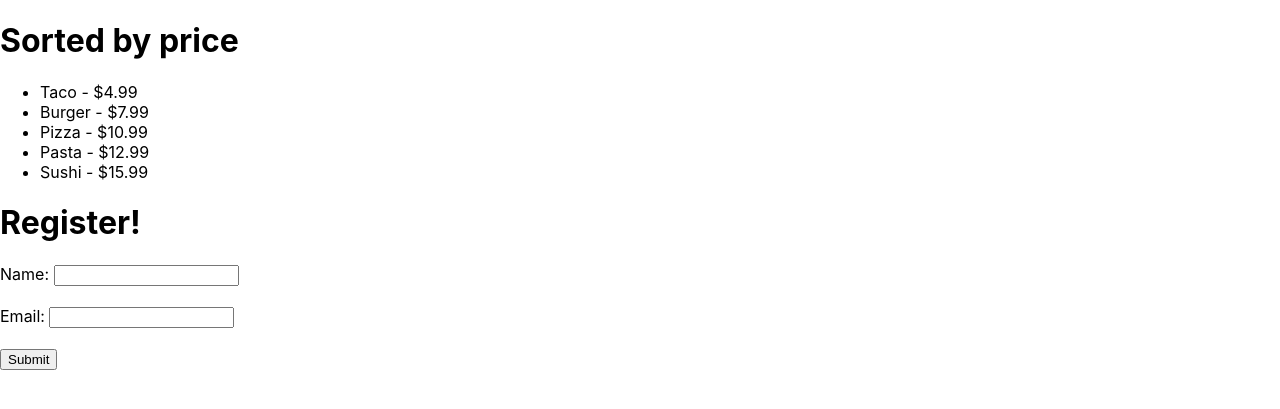
Repository: badhon252/Fullstack-Rect
Page: /
These files come from the project's save history. The page is drawn as it stood at one moment and after the next save; the edit follows.
The browser window is 1280 px wide. The pictures show the whole page.
The project was rebuilt for these pictures with package versions that can differ from the ones it lists, and the page was loaded fresh each time.

Above is the page before, as saved 2023-04-13 16:55:27.

### src/App.js
import "./App.css";

const foodItems = [
  {
    id: 1,
    name: "Pizza",
    price: 10.99,
    description: "A classic pizza with tomato sauce, cheese, and pepperoni",
  },
  {
    id: 2,
    name: "Burger",
    price: 7.99,
    description: "A juicy beef burger with lettuce, tomato, and onion",
  },
  {
    id: 3,
    name: "Sushi",
    price: 15.99,
    description: "A selection of fresh sushi rolls with soy sauce and wasabi",
  },
  {
    id: 4,
    name: "Taco",
    price: 4.99,
    description: "A crispy taco with ground beef, lettuce, and cheese",
  },
  {
    id: 5,
    name: "Pasta",
    price: 12.99,
    description: "Penne pasta with tomato sauce, basil, and parmesan cheese",
  },
];

function App() {
  const listItem = foodItems
    .sort((a, b) => a.price - b.price)
    .map((dessert) => {
      const itemText = `${dessert.name} - $${dessert.price}`;
      return <li key={dessert.id}>{itemText}</li>;
    });

  const handleSubmit = (event) => {
    event.preventDefault();
    const formData = new FormData(event.target);
    const name = formData.get("name");
    const email = formData.get("email");
    const message = formData.get("message");
    console.log({ name, email, message });
  };

  return (
    <div>
      <h1>Sorted by price</h1>
      <ul>{listItem}</ul>

      <form onSubmit={handleSubmit}>
        <h1>Register!</h1>
        <label htmlFor="name">Name: </label>
        <input type="text" id="name" name="name" />
        <br />
        <br />
        <label htmlFor="email">Email: </label>
        <input type="email" id="email" name="email" />
        <br />
        <br />
        <button type="submit">Submit</button>
      </form>
    </div>
  );
}

export default App;

Loaded but not shown: public/index.html (common file); src/index.js (common file); src/index.css (common file); src/reportWebVitals.js (common file); src/App.css (common file)

After the next save:
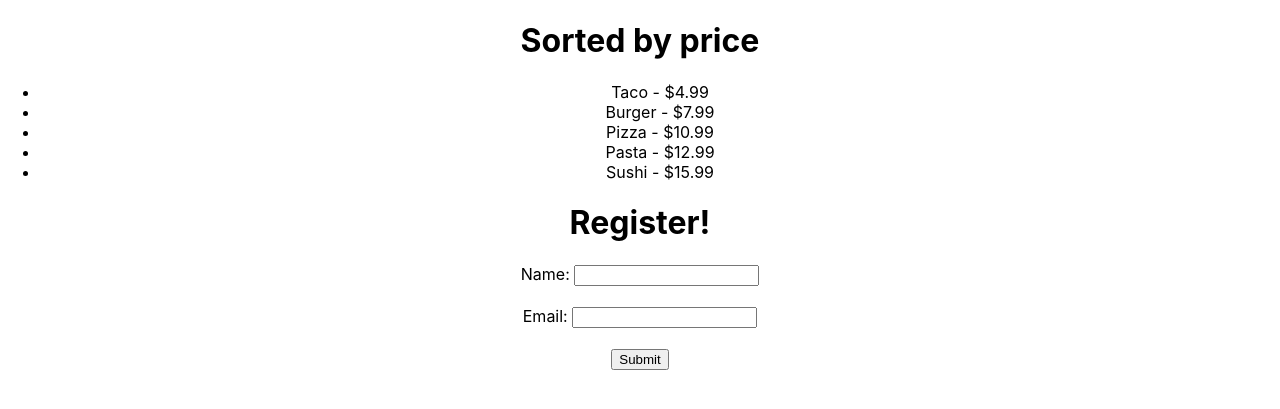
Saved 15 s later.
--- a/src/App.js
+++ b/src/App.js
@@ -51,7 +51,7 @@ function App() {
   };
 
   return (
-    <div>
+    <div className="App">
       <h1>Sorted by price</h1>
       <ul>{listItem}</ul>
 
